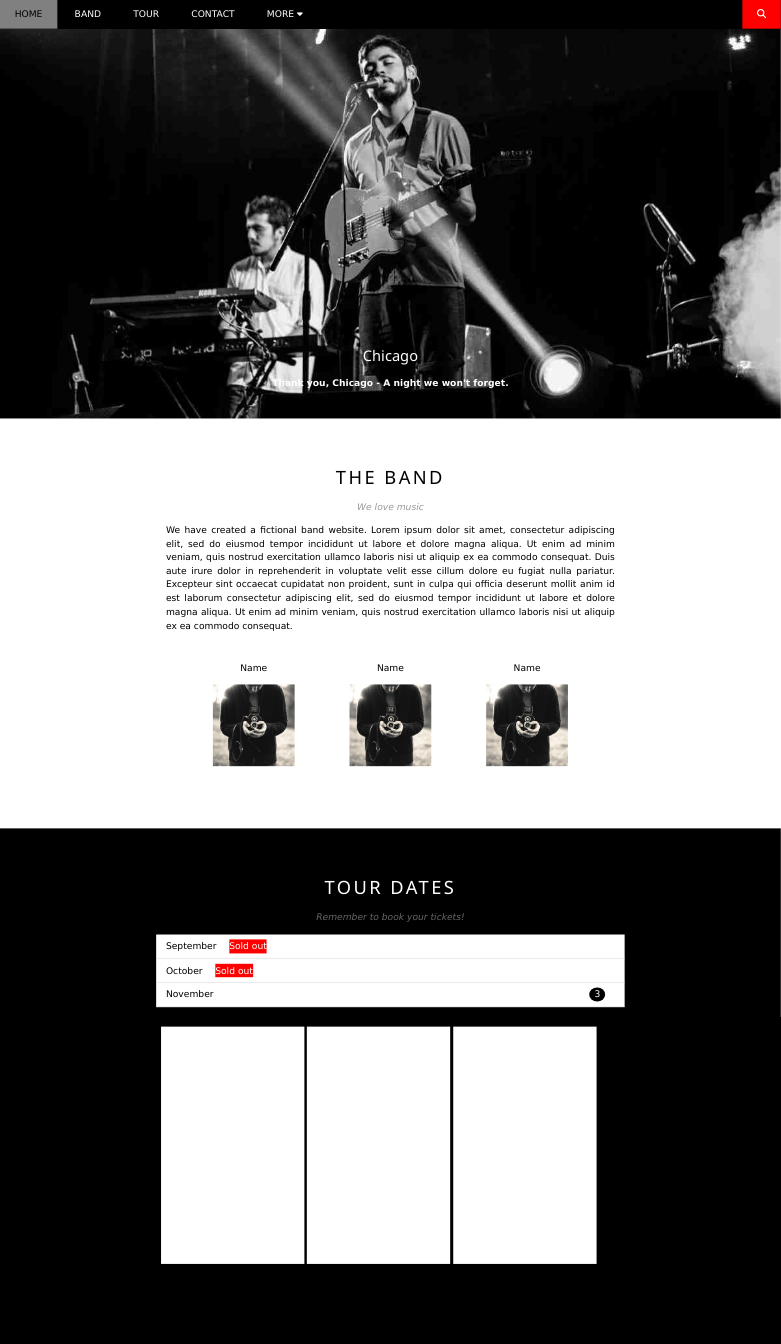
Repository: ngotranphuongbao/theband
Page: index.html
These files come from the project's save history. The page is drawn as it stood at one moment and after the next save; the edit follows.
The browser window is 1280 px wide. The pictures show the whole page, at 61% of full size.
Some web libraries are served in a nearby version.

Above is the page before, as saved 2022-12-22 02:39:28.

### index.html
<!DOCTYPE html>
<html lang="en">
<head>
    <meta charset="UTF-8">
    <meta http-equiv="X-UA-Compatible" content="IE=edge">
    <meta name="viewport" content="width=device-width, initial-scale=1.0">
    <title>Document</title>
    <link rel="stylesheet" href="./assets/css/style.css">
    <script src="https://kit.fontawesome.com/55a0c61423.js" crossorigin="anonymous"></script>
    <link rel="stylesheet" href="./assets/themify-icons/themify-icons.css">
    <link rel="stylesheet" href="https://www.w3schools.com/w3css/4/w3.css">
</head>
<body>
    <div id="main">
        <div id="header">
            <ul id="nav">
                <li><a href="">Home</a></li>
                <li><a href="">Band</a></li>
                <li><a href="">Tour</a></li>
                <li><a href="">Contact</a></li>
                <li>
                    <a href="">
                        More
                        <i class="fa fa-caret-down"></i>
                    </a>
                    <ul id="subnav">
                        <li><a href="">Merchandise</a></li>
                        <li><a href="">Extras</a></li>
                        <li><a href="">Media</a></li>
                    </ul>
                </li>
            </ul>
            <div id="search">
                <i class="fa fa-search"></i>
            </div>
        </div>

        <div id="slider">
            <div id="slider-caption">
                <h3>Chicago</h3>
                <p><b>Thank you, Chicago - A night we won't forget.</b></p>
            </div>

        </div>

        <div id="content">
            <div id="the-band">
                <div id="the-band-main">
                    <h2 class="content-title">The Band</h2>
                    <p class="content-subtitle">We love music</p>
                    <p id="describe">We have created a fictional band website. Lorem ipsum dolor sit amet, consectetur adipiscing elit, sed do eiusmod tempor incididunt ut labore et dolore magna aliqua. Ut enim ad minim veniam, quis nostrud exercitation ullamco laboris nisi ut aliquip ex ea commodo consequat. Duis aute irure dolor in reprehenderit in voluptate velit esse cillum dolore eu fugiat nulla pariatur. Excepteur sint occaecat cupidatat non proident, sunt in culpa qui officia deserunt mollit anim id est laborum consectetur adipiscing elit, sed do eiusmod tempor incididunt ut labore et dolore magna aliqua. Ut enim ad minim veniam, quis nostrud exercitation ullamco laboris nisi ut aliquip ex ea commodo consequat.</p>
                    <div id="member">
                        <div class="member-info">
                            <p class="member-name">Name</p>
                            <img src="/assets/image/member/bandmember.jpg" alt="" class="member-photo">
                        </div>

                        <div class="member-info">
                            <p class="member-name">Name</p>
                            <img src="/assets/image/member/bandmember.jpg" alt="" class="member-photo">
                        </div>

                        <div class="member-info">
                            <p class="member-name">Name</p>
                            <img src="/assets/image/member/bandmember.jpg" alt="" class="member-photo">
                        </div>
                    </div>
                </div>
            </div>

            <div id="tour-dates">
                <div id="tour-dates-main">
                    <h2 class="content-title">Tour Dates</h2>
                    <p class="content-subtitle">Remember to book your tickets!</p>
                    <ul id="booking">
                        <li>
                            September
                            <div class="sold-out">Sold out</div>
                        </li>
                        <li>
                            October
                            <div class="sold-out">Sold out</div>
                        </li>
                        <li>
                            November
                            <span class="w3-badge">3</span>
                        </li>
                    </ul>
                    <div id="location">
                        <div class="location-infor"></div>
                        <div class="location-infor"></div>
                        <div class="location-infor"></div>
                    </div>

                </div>

            </div>

            <div id="contact">



            </div>

            <div id="picture">

            </div>

        </div>

        <div id="footer">

        </div>
    </div>

</body>
</html>

### assets/css/style.css
* {
    padding: 0px;
    margin: 0px;
    box-sizing: border-box;
}

html {
    font-family: Arial, Helvetica, sans-serif;
}

#main {

}

#header {
    height: 46.5px;
    background-color: black;
    position: fixed;
    top: 0px;
    left: 0px;
    right: 0px;
    z-index: 1;
}

#nav {
    display: inline-block;
}
#nav > li {
    display: inline-block;
    padding: 12px 24px;
    position: relative;
}

#nav > li > a {
    line-height: 22.5px;
    text-decoration: none;
    text-transform: uppercase;
    color: white;
}

#nav > li:hover {
    background-color: grey;
}

#nav > li:hover > a {
    color: black;
}

#subnav {
    display: none;
    position: absolute;
    top: 45px;
    left: 0px;
    box-shadow: 0px 0px 10px rgba(0, 0, 0, 0.3);
    background-color: white;
}

#subnav > li {
    display: block;
    width: 160px;
    height: 38.5px;
    padding: 8px 16px;
}

#subnav > li:hover {
    background-color: grey;
}

#nav > li:hover > #subnav {
    display: block;
}

#subnav > li > a {
    text-decoration: none;
    color: black;
}

.fa-caret-down {
    width: 8.575px;
    height: 15px;
}

#search {
    float: right;
    padding: 12px 24px;
    background-color: red;
    cursor: pointer;
}

.fa-search {
    line-height: 22.5px;
    color: white;
}
#slider {
    margin-top: 45.6px;
    padding-top: 50%;
    background: url(/assets/image/slider/chicago.jpg) top center / cover no-repeat;
    position: relative;
}

#slider-caption {
    position: absolute;
    bottom: 32px;
    width: 100%;
    text-align: center;
}

#slider-caption > p {
    margin: 15px;
    color: white;
}

#slider-caption > h3 {
    margin-bottom: 10px;
    color: white;
    font-weight: 400;
    font-size: 24px;
}


#content {

}

#the-band {
    height: 672px;
}

#the-band-main {
    width: 768px;
    height: 100%;
    padding: 64px 16px;
    margin: auto;
}

.content-title {
    text-align: center;
    margin: 10px;
    text-transform: uppercase;
    letter-spacing: 4px;
    font-weight: 400;
}

.content-subtitle {
    text-align: center;
    margin: 15px;
    font-style: italic;
    opacity: 0.4;
}

#describe {
    text-align: justify;
    margin-bottom: 15px;

}

#member {
    height: 286px;
    text-align: center;
    margin: 32px;
}

.member-info {
    display: inline-block;
    width: calc(100%/3);
    float: left;
}

.member-photo {
    width: 60%;
    margin-bottom: 16px;
}

.member-name {
    margin: 15px;
}

#tour-dates {
    height: 846px;
    background-color: black;
}

#tour-dates-main {
    width: 800px;
    height: 100%;
    margin: auto;
    padding: 64px 16px;
}

#tour-dates-main .content-title {
    color: white;
}

#tour-dates-main .content-subtitle {
    color: white;
}

#booking {
    margin-top: 18.4px;
    background-color: white;
}

#booking > li {
    display: block;
    padding: 8px 16px;
    border-bottom: 1px solid #ddd;
}

.sold-out {
    display: inline-block;
    background-color: red;
    color: white;
    margin-left: 16px;
}

.w3-badge {
    float: right;
    margin-right: 16px;
}

#location {
    height: 469px;
    padding: 32px 8px;
}

.location-infor {
    display: inline-block;
    width: calc((100% - 48px) / 3);
    height: calc(100% - 16px);
    background-color: white;
    padding: 0px 8px;
    margin-bottom: 16px;
}
#footer {

}

Loaded but not shown: assets/themify-icons/themify-icons.css (common file)

After the next save:
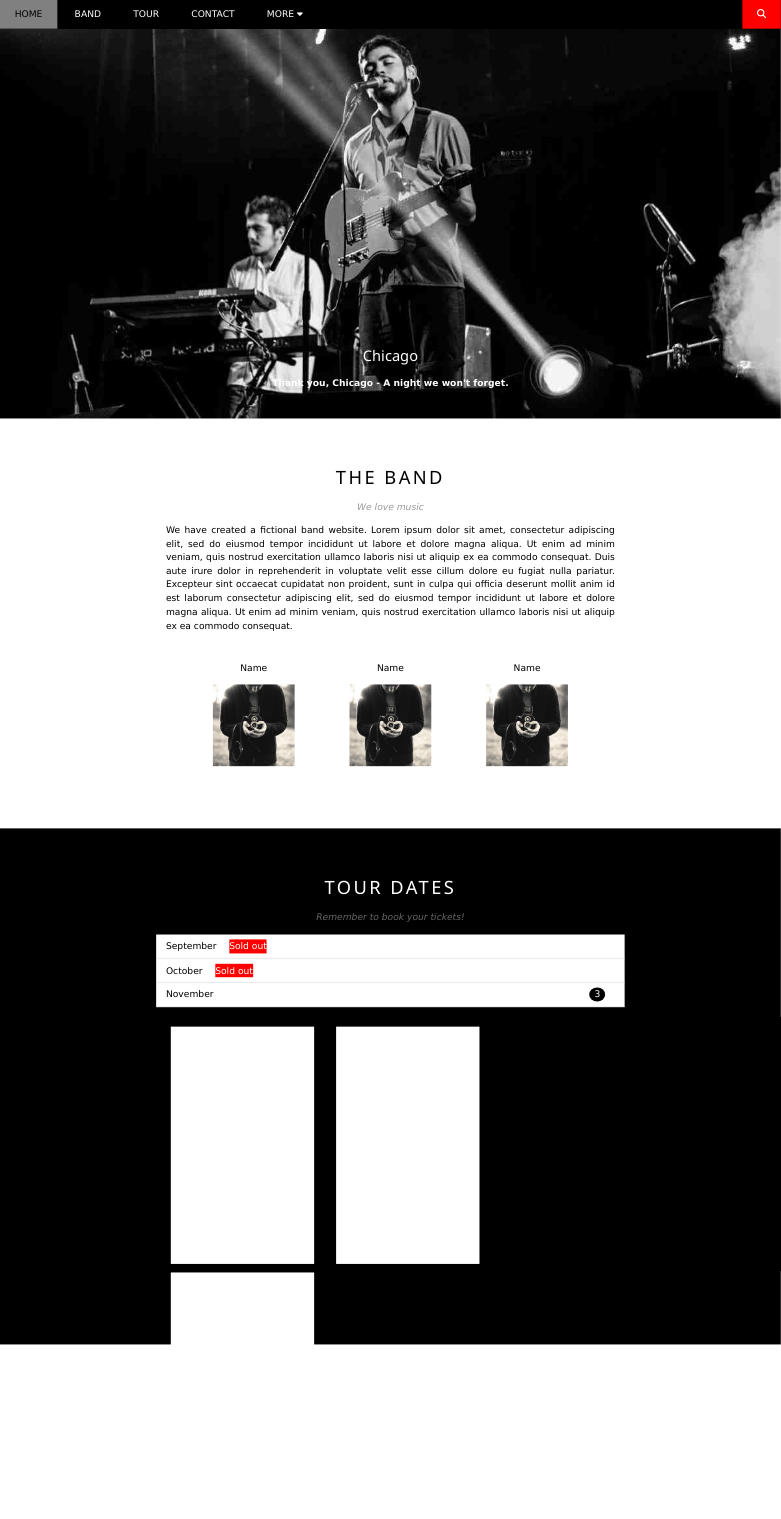
Saved 42 s later.
--- a/assets/css/style.css
+++ b/assets/css/style.css
@@ -228,8 +228,7 @@ html {
     width: calc((100% - 48px) / 3);
     height: calc(100% - 16px);
     background-color: white;
-    padding: 0px 8px;
-    margin-bottom: 16px;
+    margin: 0px 16px 8px;
 }
 #footer {
 
